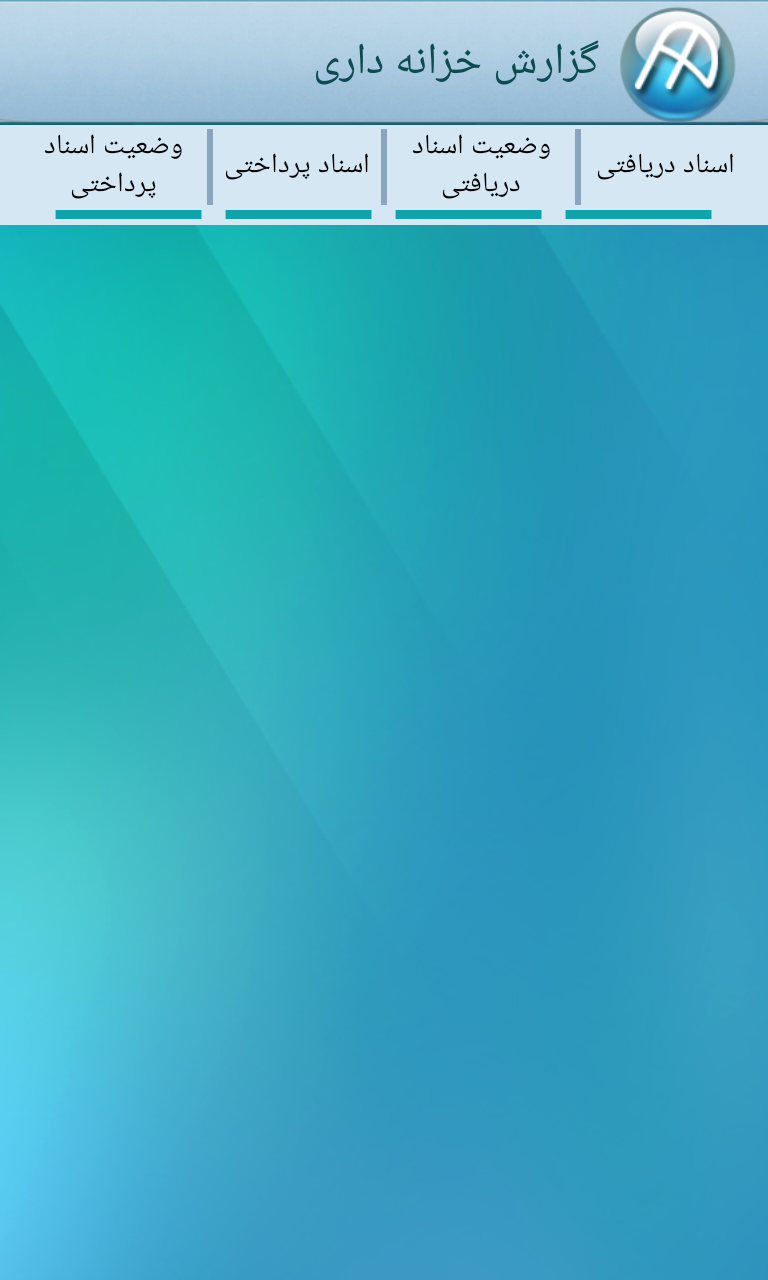
Repository: AtiehPardaz/Reports-Mobile
Layout: Reportsmobile/res/layout/activity_khazane.xml
These files come from the project's save history. The layout is drawn as it stood at one moment and after the next save; the edit follows.
It is drawn on a 768 x 1280 px phone screen (xhdpi) without system bars, with theme Theme.behzad; the app's code is not run. Lists and similar views that code fills are empty.

Above is the layout before, as saved 2015-03-11 13:50:07.

### Reportsmobile/res/layout/activity_khazane.xml
<RelativeLayout xmlns:android="http://schemas.android.com/apk/res/android"
    android:layout_width="fill_parent"
    android:layout_height="fill_parent"
    android:background="@drawable/backgroundsade" >

    <LinearLayout
        android:layout_width="match_parent"
        android:layout_height="match_parent"
        android:orientation="vertical" >

        <LinearLayout
            android:layout_width="match_parent"
            android:layout_height="wrap_content"
            android:background="@drawable/actionbar"
            android:gravity="right" >

            <TextView
                android:id="@+id/textView1"
                android:layout_width="wrap_content"
                android:layout_height="wrap_content"
                android:layout_gravity="center"
                android:layout_marginRight="10dp"
                android:text="گزارش خزانه داری"
                android:textAppearance="?android:attr/textAppearanceLarge"
                android:textColor="@color/blue_titleactionbar" />

            <ImageButton
                android:id="@+id/imgbtn_menu_khazane"
                android:layout_width="wrap_content"
                android:layout_height="wrap_content"
                android:layout_gravity="center"
                android:layout_marginRight="15dp"
                android:background="@drawable/homebutton"
                android:onClick="btnmenu"
                android:src="@drawable/btn_clickmenu" />
        </LinearLayout>

        <LinearLayout
            android:layout_width="match_parent"
            android:layout_height="40dp"
            android:background="@color/blue_actionbar2color"
            android:gravity="center"
            android:orientation="horizontal" >

 <Button
     android:id="@+id/tabbtn_vaziatasnadpardakhti_khazane"
     android:layout_width="90dp"
     android:layout_height="wrap_content"
     android:background="@color/blue_actionbar2color"
     android:text="وضعیت اسناد پرداختی"
     android:textSize="14sp" />

            <View
                android:id="@+id/View02"
                android:layout_width="3dp"
                android:layout_height="50dp"
                android:layout_gravity="top"
                android:layout_margin="2dp"
                android:background="#88a6bd" />

            <Button
                android:id="@+id/tabbtn_asnadpardakhti_khazane"
                android:layout_width="80dp"
                android:layout_height="wrap_content"
                android:background="@color/blue_actionbar2color"
                android:text="اسناد پرداختی"
                android:textSize="14sp" />

            <View
                android:id="@+id/View012"
                android:layout_width="3dp"
                android:layout_height="50dp"
                android:layout_gravity="top"
                android:layout_margin="2dp"
                android:background="#88a6bd" />

            <Button
                android:id="@+id/tabbtn_vaziatasnaddaryafti_khazane"
                android:layout_width="90dp"
                android:layout_height="40dp"
                android:background="@color/blue_actionbar2color"
                android:text="وضعیت اسناد دریافتی"
                android:textSize="14sp" />

            <View
                android:id="@+id/View03"
                android:layout_width="3dp"
                android:layout_height="50dp"
                android:layout_gravity="top"
                android:layout_margin="2dp"
                android:background="#88a6bd" />

            <Button
                android:id="@+id/tabbtn_asnaddaryafti_khazane"
                android:layout_width="80dp"
                android:layout_height="wrap_content"
                android:background="@color/blue_actionbar2color"
                android:text="اسناد دریافتی"
                android:textSize="14sp" />
        </LinearLayout>

        <LinearLayout
            android:layout_width="match_parent"
            android:layout_height="10dp"
            android:layout_gravity="center"
            android:background="@color/blue_actionbar2color"
            android:gravity="center" >

<ImageButton
    android:id="@+id/imgbtn_underline_vaziatasnadpardakhti_khazane"
    android:layout_width="80dp"
    android:layout_height="wrap_content"
    android:layout_marginRight="5dp"
    android:background="@drawable/underline" />


            <ImageButton
                android:id="@+id/imgbtn_underline_asnadpardakhti_khazane"
                android:layout_width="80dp"
                android:layout_height="wrap_content"
                android:layout_marginRight="5dp"
                android:background="@drawable/underline" />

            <ImageButton
                android:id="@+id/imgbtn_underline_vaziatasnaddaryafti_khazane"
                android:layout_width="80dp"
                android:layout_height="wrap_content"
                android:layout_marginRight="5dp"
                android:background="@drawable/underline" />

            <ImageButton
                android:id="@+id/imgbtn_underline_asnaddaryafti_khazane"
                android:layout_width="80dp"
                android:layout_height="wrap_content"
                android:background="@drawable/underline" />
        </LinearLayout>

        <LinearLayout
            android:layout_width="match_parent"
            android:layout_height="wrap_content"
            android:orientation="vertical" >

            <android.support.v4.view.ViewPager
                android:id="@+id/pagerkhazane"
                android:layout_width="match_parent"
                android:layout_height="match_parent" >
            </android.support.v4.view.ViewPager>
        </LinearLayout>
    </LinearLayout>

    <LinearLayout
        android:id="@+id/linearmenu_khazane"
        android:layout_width="match_parent"
        android:layout_height="match_parent"
        android:background="@drawable/backmenutransparent"
        android:gravity="right"
        android:visibility="gone" >

        <LinearLayout
            android:layout_width="wrap_content"
            android:layout_height="wrap_content"
            android:layout_gravity="center|top"
            android:layout_marginRight="2dp"
            android:layout_marginTop="55dp"
            android:background="@drawable/menubackground"
            android:gravity="right|center"
            android:orientation="vertical" >

            <ImageButton
                android:id="@+id/imgbtn_forosh_khazane"
                android:layout_width="wrap_content"
                android:layout_height="wrap_content"
                android:layout_marginTop="5dp"
                android:background="@drawable/btnforosh"
                android:src="@drawable/btn_click" />

            <ImageButton
                android:id="@+id/imgbtn_khazane_khazane"
                android:layout_width="wrap_content"
                android:layout_height="wrap_content"
                android:background="@drawable/btnkhazane"
                android:src="@drawable/btn_click" />

            <ImageButton
                android:id="@+id/imgbtn_hesabdari_khazane"
                android:layout_width="wrap_content"
                android:layout_height="wrap_content"
                android:background="@drawable/btnhesabdari"
                android:src="@drawable/btn_click" />

            <ImageButton
                android:id="@+id/imgbtn_kala_khazane"
                android:layout_width="wrap_content"
                android:layout_height="wrap_content"
                android:background="@drawable/btnkala"
                android:src="@drawable/btn_click" />

            <ImageButton
                android:id="@+id/imgbtn_domain_khazane"
                android:layout_width="wrap_content"
                android:layout_height="wrap_content"
                android:layout_marginBottom="5dp"
                android:background="@drawable/btndomain"
                android:src="@drawable/btn_click" />
        </LinearLayout>
    </LinearLayout>

</RelativeLayout>

### Reportsmobile/res/values/colors.xml
<?xml version="1.0" encoding="utf-8"?>
<resources>

    <color name="first_row_text_color">#000000</color>
    <color name="holidays_text_color">#FF0000</color>
    <color name="first_row_background_color">#DDDDDD</color>

    <!-- solely used on QiblaCompassView -->
    <color name="background_color">#6E97B9</color>
    <color name="marker_color">#FFFFFF</color>
    <color name="text_color">#000000</color>
    <color name="bg_action_green">#3BB18E</color>
    <color name="bg_action_gray"> #dddddd</color>
    <color name="white_color"> #ffffff</color>
    <color name="blue_titlecolor"> #293897</color>
     <color name="blue_actionbar2color"> #d4e7f3</color>
     <color name="blue_titleactionbar"> #0c4c51</color>



</resources>

### Reportsmobile/res/drawable/btn_clickmenu.xml
<selector xmlns:android="http://schemas.android.com/apk/res/android">
<item android:state_focused="true" android:drawable="@drawable/homebtnclick"/>
<item android:state_pressed="true" android:drawable="@drawable/homebtnclick" />
<item android:state_selected="true" android:drawable="@drawable/homebtnclick" />


</selector>

### Reportsmobile/res/drawable/btn_click.xml
<selector xmlns:android="http://schemas.android.com/apk/res/android">
<item android:state_focused="true" android:drawable="@drawable/btnclick"/>
<item android:state_pressed="true" android:drawable="@drawable/btnclick" />

</selector>

Loaded but not shown: Reportsmobile/res/values/styles.xml (common file)

After the next save:
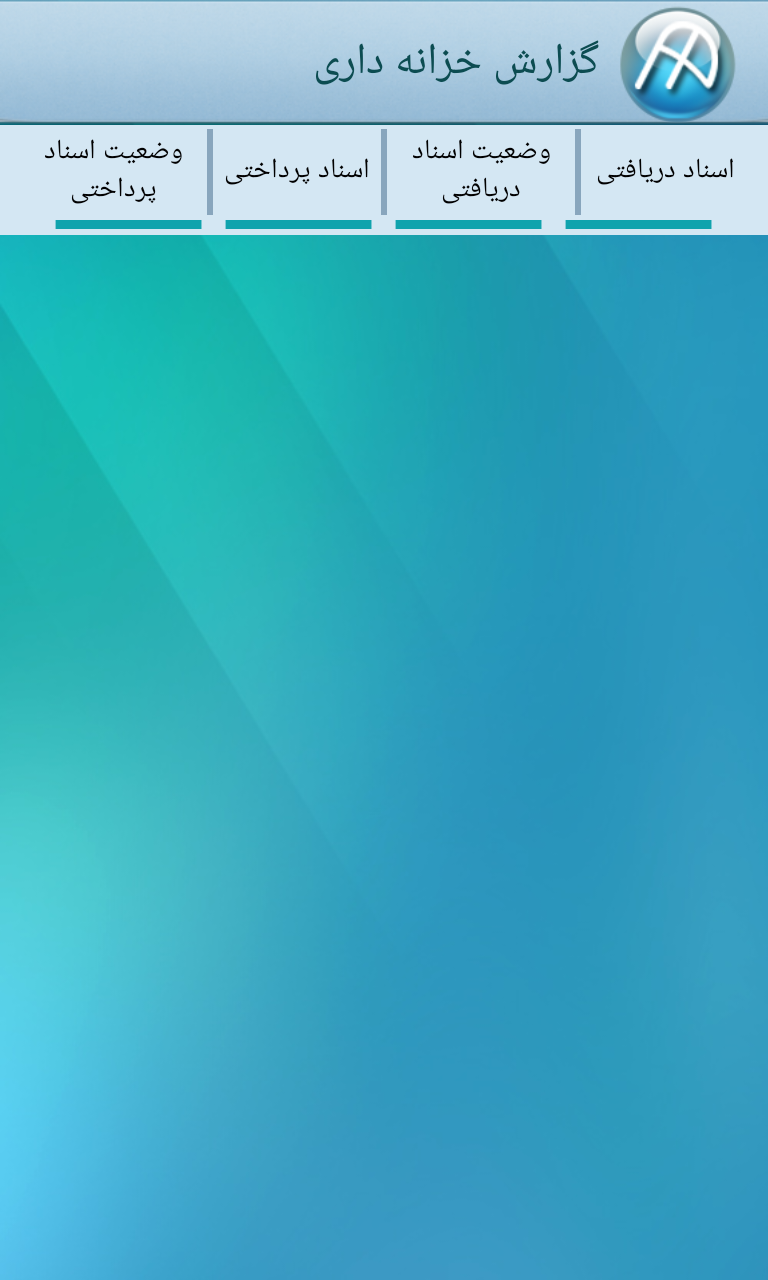
Saved 43 s later.
--- a/Reportsmobile/res/layout/activity_khazane.xml
+++ b/Reportsmobile/res/layout/activity_khazane.xml
@@ -37,7 +37,7 @@
 
         <LinearLayout
             android:layout_width="match_parent"
-            android:layout_height="40dp"
+            android:layout_height="45dp"
             android:background="@color/blue_actionbar2color"
             android:gravity="center"
             android:orientation="horizontal" >
